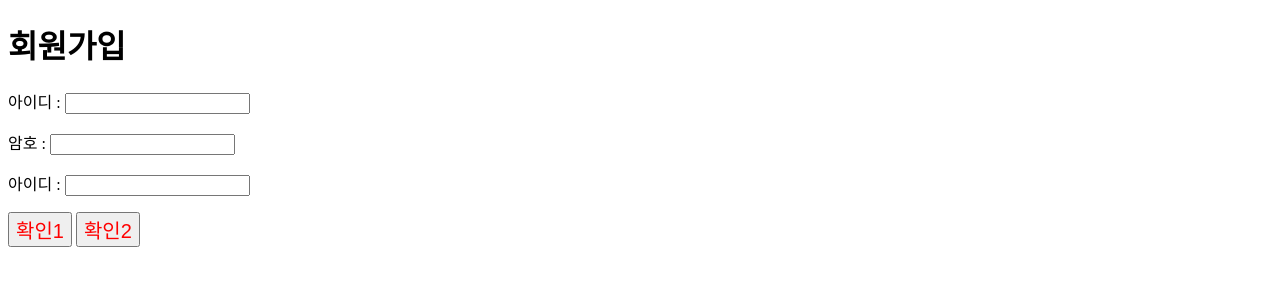
Repository: SongHyeSun/JSP
Page: http://localhost/och15_ajax/ch03/uiRun.jsp
The author's editor kept a copy of each file at every save. The page is drawn from the files as they stood at one save, then again after the next save.
The browser window is 1280 px wide. The pictures show the whole page.
The page is served by Tomcat 9. Other server files are loaded and not shown.

Above is the page before, as saved 2024-07-22 06:25:36.

### jspSrc17/och15_ajax/src/main/webapp/ch03/uiRun.jsp
<%@ page language="java" contentType="text/html; charset=UTF-8"
    pageEncoding="UTF-8"%>
<!DOCTYPE html>
<html>
<head>
<meta charset="UTF-8">
<title>Insert title here</title>
<style type="text/css">
	.button { color:red;
	          font-size:20px;
	     }
</style>
<script type="text/javascript" src="../js/jquery.js"></script>
<script type="text/javascript">
	$(function () {
		$('#chk').click(function() {
			var sendData = $('form').serialize();
			alert('sendData-->'+sendData)
			location.href="jsRunTestResult.jsp?"+sendData;
		});
	});
</script>
</head>
<body>
	<h1>회원가입</h1>
	<form action="">
		아이디 : <input type="text" name="id" id="id" value=""><p>
		암호 : <input type="password" name="pass" id="pass"><p>
		아이디 : <input type="text" name="name" id="name"><p>
		<input type="button" class="button" value="확인1" id="chk">
		<input type="button" class="button" value="확인2" id="chk3">
	</form>
</body>
</html>

Loaded but not shown: jspSrc17/och15_ajax/src/main/webapp/js/jquery.js (library)

After the next save:
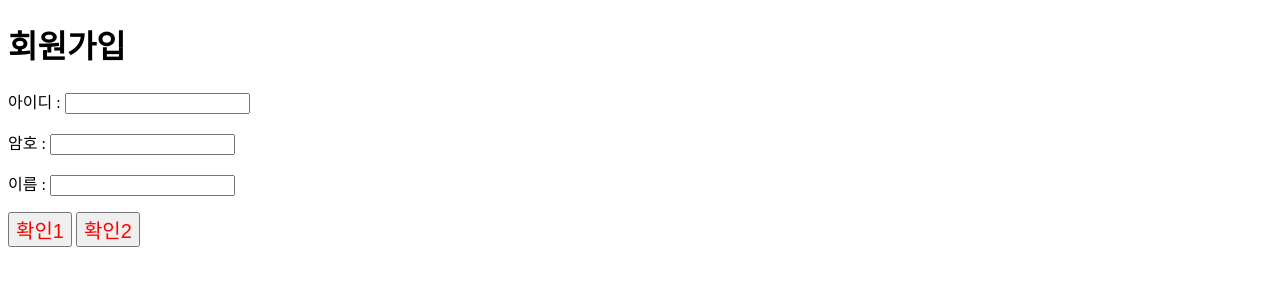
Saved 6 min 52 s later.
--- a/jspSrc17/och15_ajax/src/main/webapp/ch03/uiRun.jsp
+++ b/jspSrc17/och15_ajax/src/main/webapp/ch03/uiRun.jsp
@@ -26,7 +26,7 @@
 	<form action="">
 		아이디 : <input type="text" name="id" id="id" value=""><p>
 		암호 : <input type="password" name="pass" id="pass"><p>
-		아이디 : <input type="text" name="name" id="name"><p>
+		이름 : <input type="text" name="name" id="name"><p>
 		<input type="button" class="button" value="확인1" id="chk">
 		<input type="button" class="button" value="확인2" id="chk3">
 	</form>
